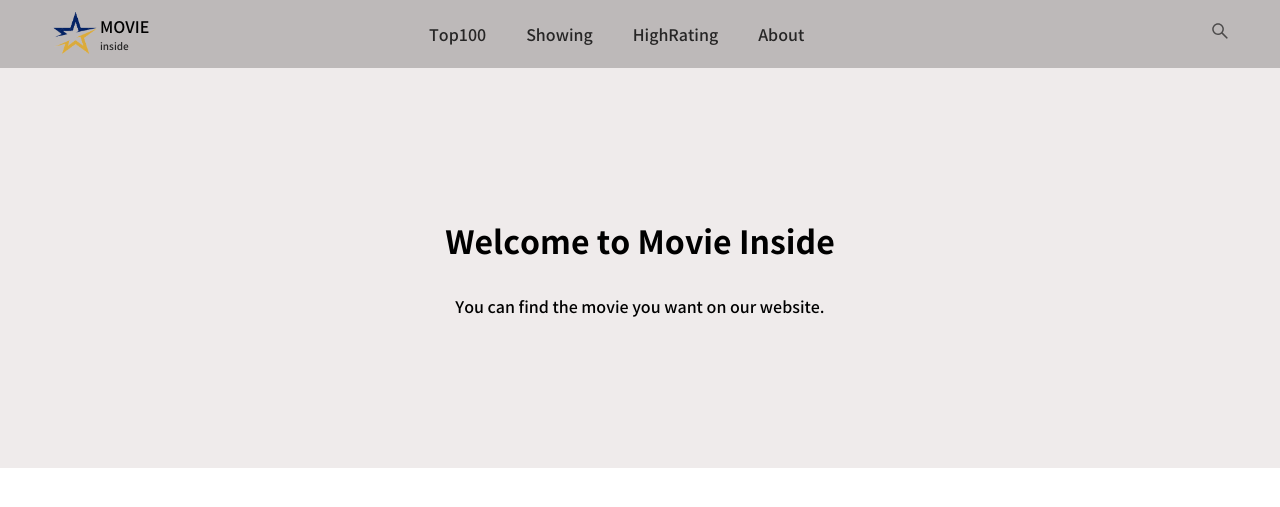
Repository: yangddoddi/Movie-Inside
Page: /
An editor plug-in stored every save of this project. The page is shown before and after the next save, followed by the edit.
The browser window is 1280 px wide. The pictures show the whole page.
The project was rebuilt for these pictures with package versions that can differ from the ones it lists, and the page was loaded fresh each time. Also part of the build but not shown: src/App.css, src/routes/Detail.js.

Above is the page before, as saved 2022-05-02 19:40:09.

After the next save:
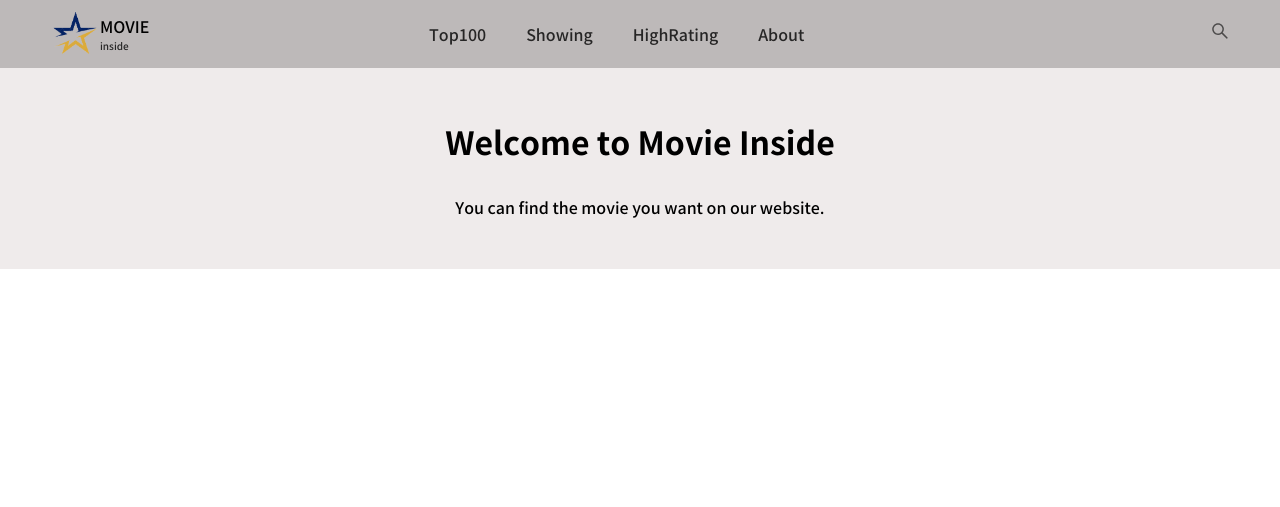
Saved 27 s later.
--- a/src/components/Main/Jumbotron.module.scss
+++ b/src/components/Main/Jumbotron.module.scss
@@ -5,7 +5,7 @@
     display: flex;
     justify-content: center;
     align-items: center;
-    height: 400px;
+    height: 40%;
 }
 
 .jumbotronContainer {
